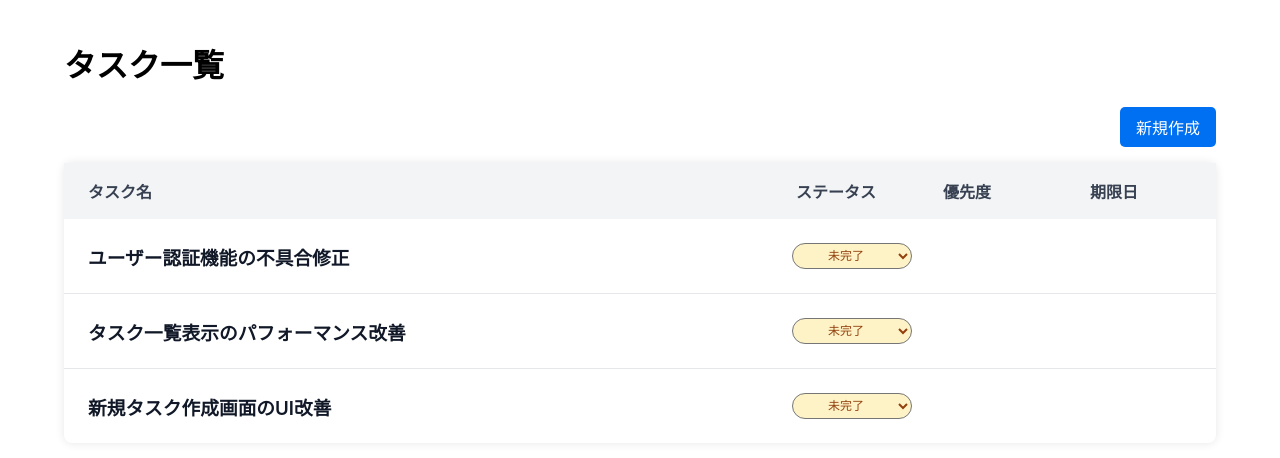
Repository: s1ros75/react-task-app
Page: /tasks
An editor plug-in stored every save of this project. The page is shown before and after a run of saves, followed by the edit.
The browser window is 1280 px wide. The pictures show the whole page.
The project was rebuilt for these pictures with package versions that can differ from the ones it lists, and the page was loaded fresh each time. Also part of the build but not shown: vite.config.ts, src/styles/home.module.css, src/pages/home/index.tsx, src/features/tasks/hooks/getTaskById.ts, src/features/tasks/styles/taskDetail.module.css, src/features/tasks/components/TaskDetail.tsx, src/features/tasks/hooks/deleteTask.ts, src/features/tasks/components/TaskDeleteButton.tsx and 9 more.

Above is the page before, as saved 2026-01-17 23:21:51.

After the next 4 saves:
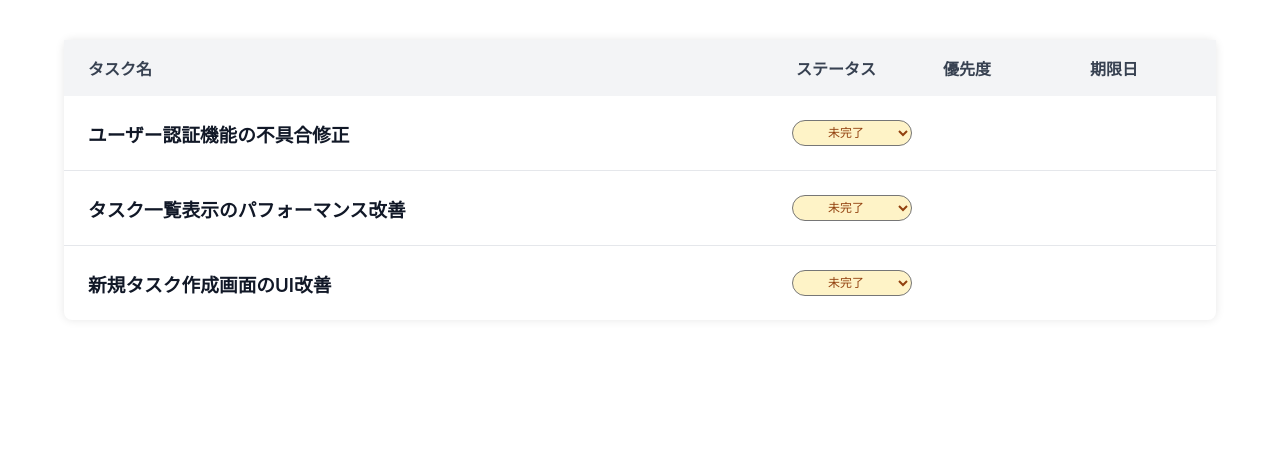
The 4 saves are shown as one change because they came seconds apart.
The last was saved 3 min 23 s later.
--- a/src/features/tasks/containers/TaskListContainer.tsx
+++ b/src/features/tasks/containers/TaskListContainer.tsx
@@ -6,42 +6,84 @@ import styles from "../styles/TaskListContainer.module.css";
 import { Link } from "react-router-dom";
 import { updateTask } from "../hooks/updateTask";
 
+// export default function TaskListContainer() {
+//   const [tasks, setTasks] = useState<Task[]>([]);
+
+//   useEffect(() => {
+//     const fetchTasks = async () => {
+//       const fetchedTasks = await getTasks();
+//       setTasks(fetchedTasks);
+//     };
+//     fetchTasks();
+//   }, []);
+
+//   // セレクトボックスで変更されたステータスを更新する処理
+//   const handleToggleStatus = async (taskId: Task["id"], newStatus: boolean) => {
+//     await updateTask(String(taskId), { status: newStatus });
+//     fetchTasks();
+//   };
+
+//   return (
+//     <div className={styles.container}>
+//       <h1>タスク一覧</h1>
+//       <div className={styles.taskListHeader}>
+//         <Link to="/tasks/new" className={styles.newTaskLink}>
+//           新規作成
+//         </Link>
+//       </div>
+
+//       <div className={styles.tableContainer}>
+//         <div className={styles.header}>
+//           <div>タスク名</div>
+//           <div>ステータス</div>
+//           <div>優先度</div>
+//           <div>期限日</div>
+//         </div>
+//         <div className={styles.taskList}>
+//           {tasks.map((task) => (
+//             <TaskCard key={task.id} task={task} />
+//           ))}
+//         </div>
+//       </div>
+//     </div>
+//   );
+// }
+
 export default function TaskListContainer() {
   const [tasks, setTasks] = useState<Task[]>([]);
 
+  // データを取得する関数を独立させる（更新後にも呼べるようにするため）
+  const fetchTasks = async () => {
+    const fetchedTasks = await getTasks();
+    setTasks(fetchedTasks);
+  };
+
   useEffect(() => {
-    const fetchTasks = async () => {
-      const fetchedTasks = await getTasks();
-      setTasks(fetchedTasks);
-    };
     fetchTasks();
   }, []);
 
-  // セレクトボックスで変更されたステータスを更新する処理
   const handleToggleStatus = async (taskId: Task["id"], newStatus: boolean) => {
     await updateTask(String(taskId), { status: newStatus });
-    fetchTasks();
+    await fetchTasks(); // ここで関数として正しく呼び出す
   };
 
   return (
     <div className={styles.container}>
-      <h1>タスク一覧</h1>
-      <div className={styles.taskListHeader}>
-        <Link to="/tasks/new" className={styles.newTaskLink}>
-          新規作成
-        </Link>
-      </div>
-
+      {/* ... ヘッダー部分はそのまま */}
       <div className={styles.tableContainer}>
         <div className={styles.header}>
           <div>タスク名</div>
           <div>ステータス</div>
-          <div>優先度</div>
-          <div>期限日</div>
+          <div>優先度</div> {/* ← この列に対応するデータが */}
+          <div>期限日</div> {/* ← TaskCard 内にあるか確認が必要 */}
         </div>
         <div className={styles.taskList}>
           {tasks.map((task) => (
-            <TaskCard key={task.id} task={task} />
+            <TaskCard
+              key={task.id}
+              task={task}
+              onToggleStatus={handleToggleStatus} // 更新用関数を渡す必要がある場合
+            />
           ))}
         </div>
       </div>
